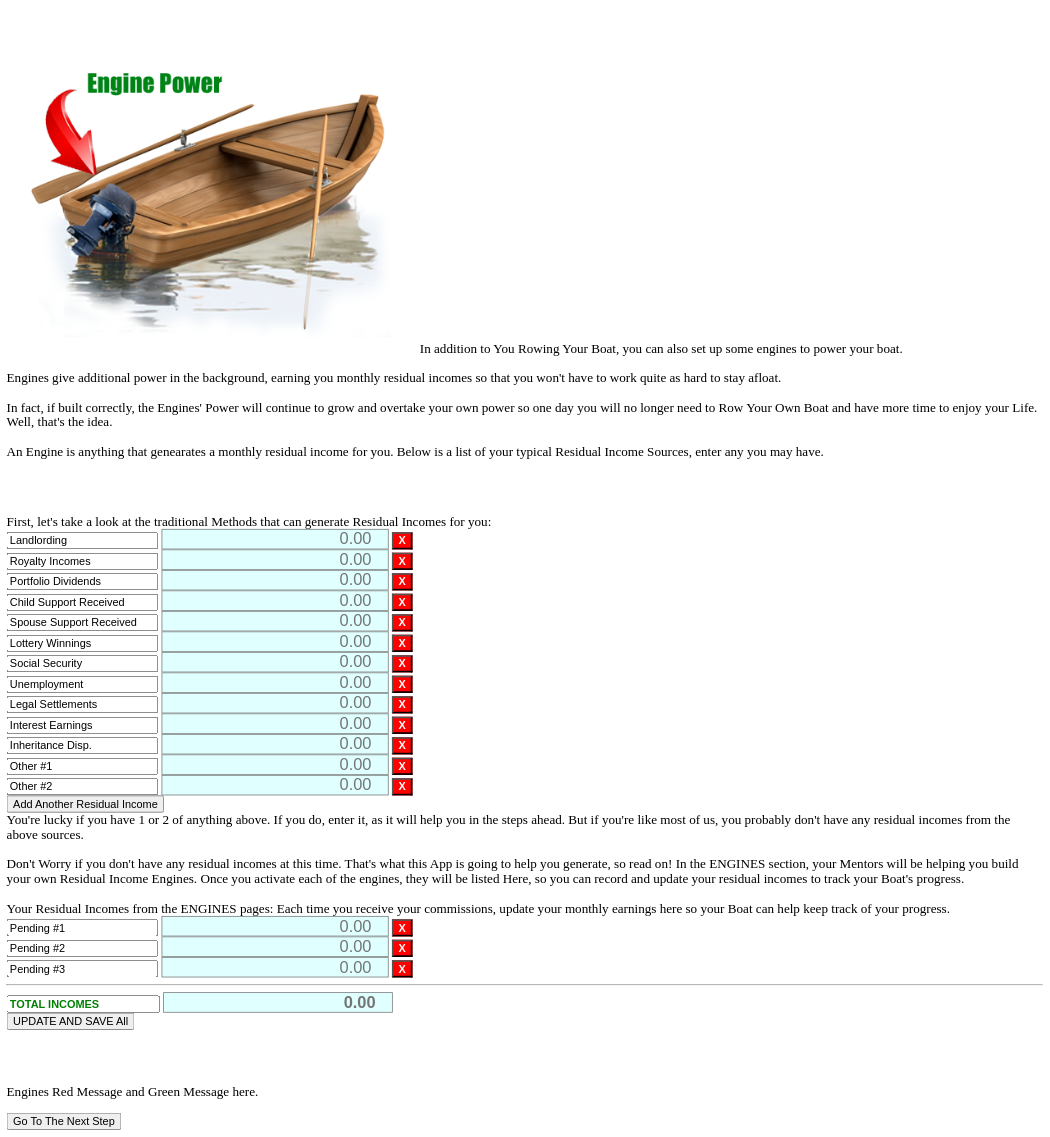
Repository: DevZubair/Danh-App
Page: www/templates/boat-engines.html
The author's editor kept a record of every edit. The page is drawn from the files as they stood at one moment, then again after the next edit.
The browser window is 1280 px wide. The pictures show the whole page, at 82% of full size.

Above is the page before.

After the next edit:
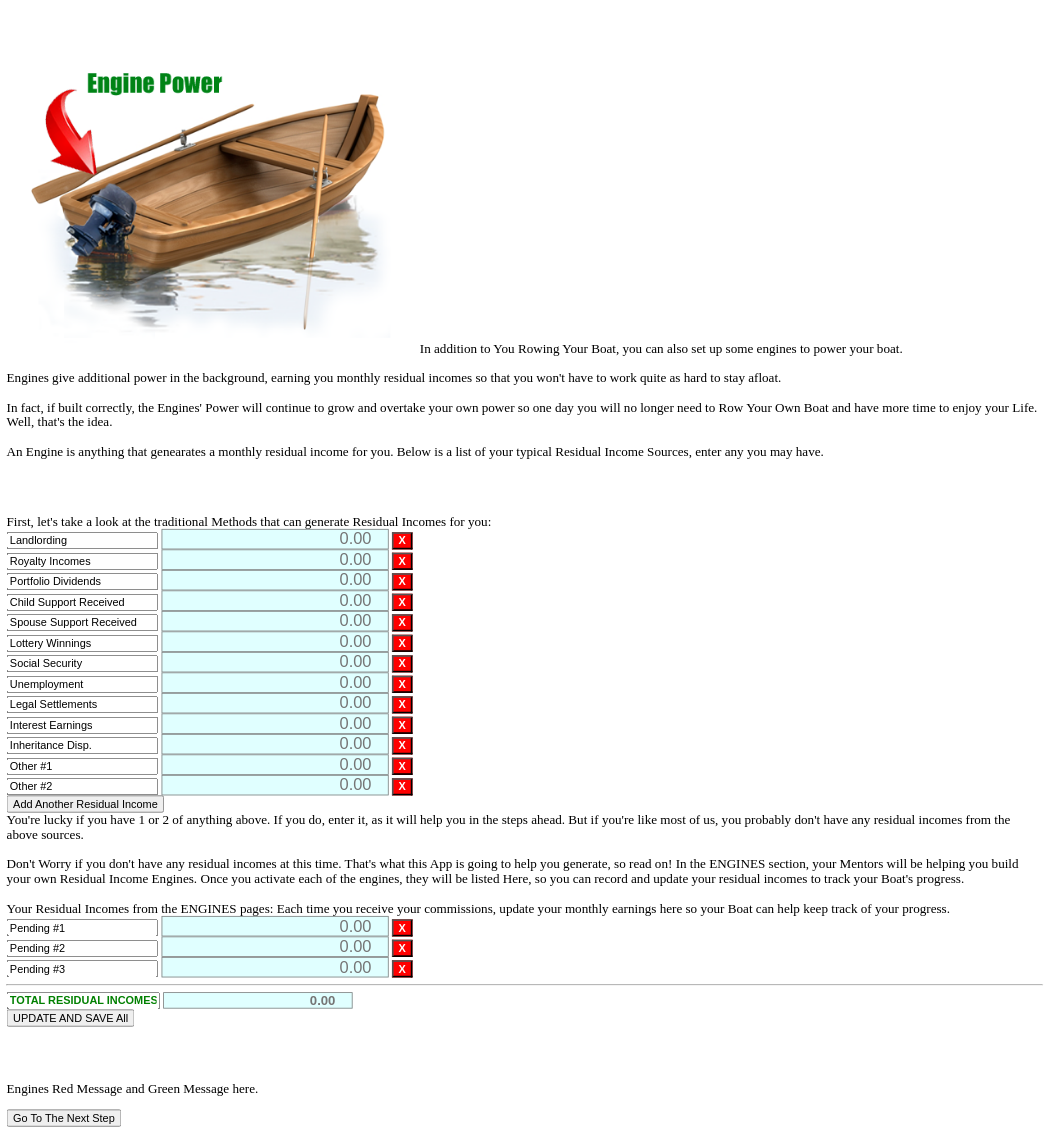
The edit:
--- a/www/templates/boat-engines.html
+++ b/www/templates/boat-engines.html
@@ -158,8 +158,8 @@
 
         <div class="list">
           <div class="row">
-            <input class="col col-50 input-label" value="TOTAL INCOMES" style="color:green;font-weight:bold">
-            <input class="col col-30" style="font-weight:bold; font-size: 20px; background-color:lightcyan; padding:0 5px; text-align:right; border:1px solid gray"  placeholder="0.00" type="number">
+            <input class="col col-50 input-label" value="TOTAL RESIDUAL INCOMES" style="color:green;font-weight:bold">
+            <input class="col col-30" style="font-weight:bold; font-size: 16px; background-color:lightcyan; padding:0 5px; text-align:right; border:1px solid gray"  placeholder="0.00" type="number">
             <div class="col col-10"></div>
           </div>
         </div
